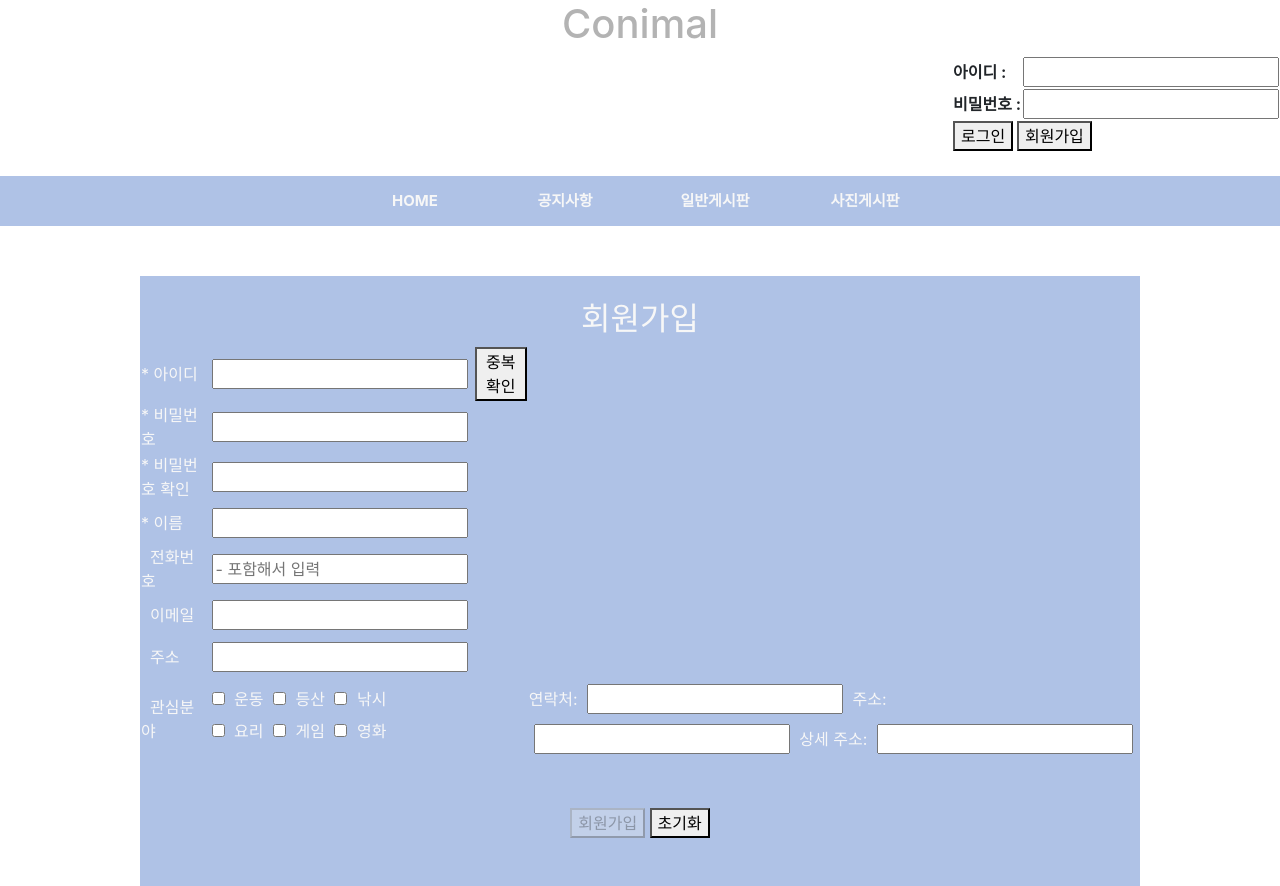
Repository: Young-27/DailyStudy
Page: http://localhost/jspProject/views/member/memberEnrollForm.jsp
An editor plug-in stored every save of this project. The page is shown before and after the next save, followed by the edit.
The browser window is 1280 px wide. The pictures show the whole page.
The page is served by Tomcat 9. Nobody is signed in. The application's start-up code is not run.

Above is the page before, as saved 2021-06-11 10:31:07.

After the next save:
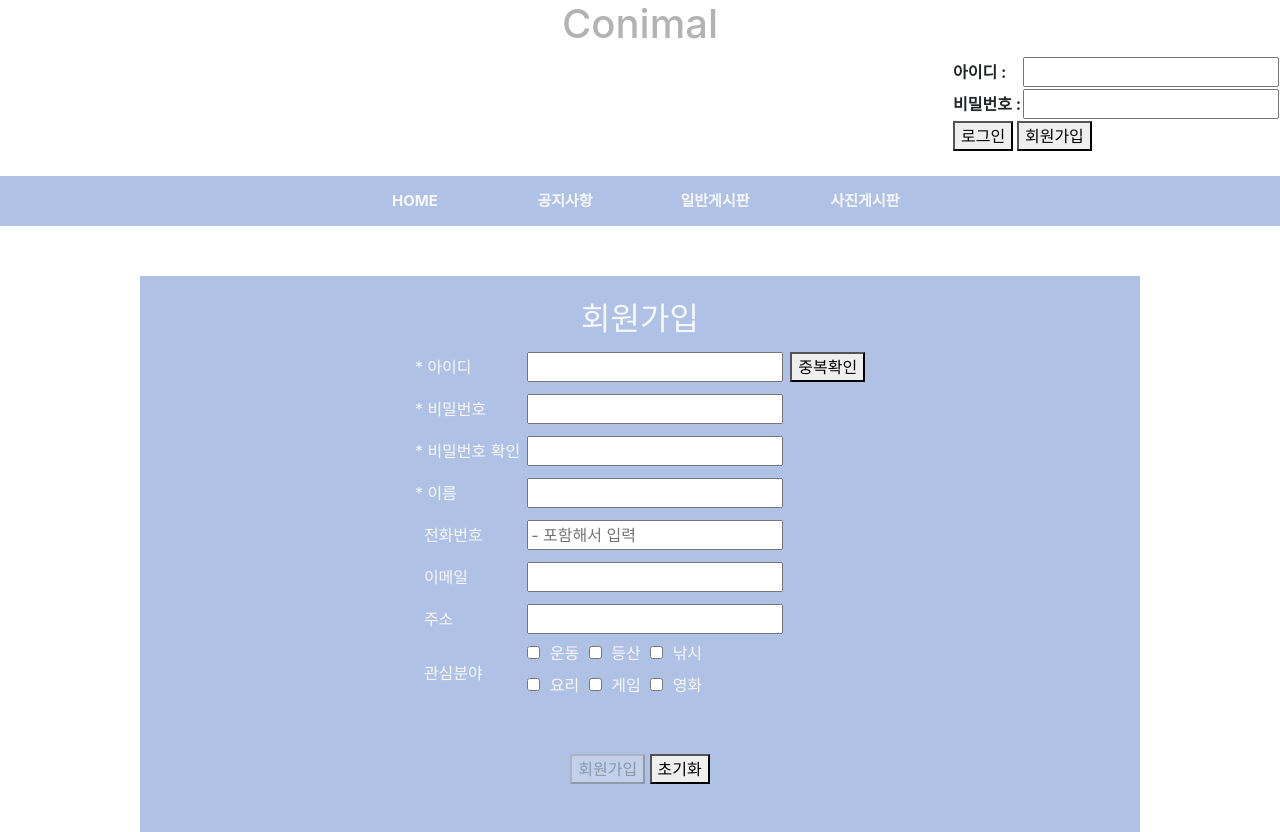
Saved 10 min 7 s later.
--- a/Server/web-workspace2/jspProject/WebContent/views/member/memberEnrollForm.jsp
+++ b/Server/web-workspace2/jspProject/WebContent/views/member/memberEnrollForm.jsp
@@ -24,7 +24,7 @@
 	    <br>
 	    <h2 align="center">회원가입</h2>
 
-	    <form action="<%= contextPath %>/insert.me" id="enroll-form">
+	    <form action="<%= contextPath %>/insert.me" id="enroll-form" method="post">
 
 	        <!-- 아이디, 비번, 이름, 전화번호, 이메일, 주소, 취미 -->
 	        <table>
@@ -89,15 +89,6 @@
 	                    <label for="movie">영화</label>
 
 	                </td>
-
-	                <td>
-	                	연락처:
-	                	<input type="tel" id="phone" name="phone">
-	                	주소:
-	                	<input type="text" id="address1" name="address">
-	                	상세 주소:
-	                	<input type="text" id="address2" name="address">
-	                </td>
 	            </tr>
 	        </table>
 
